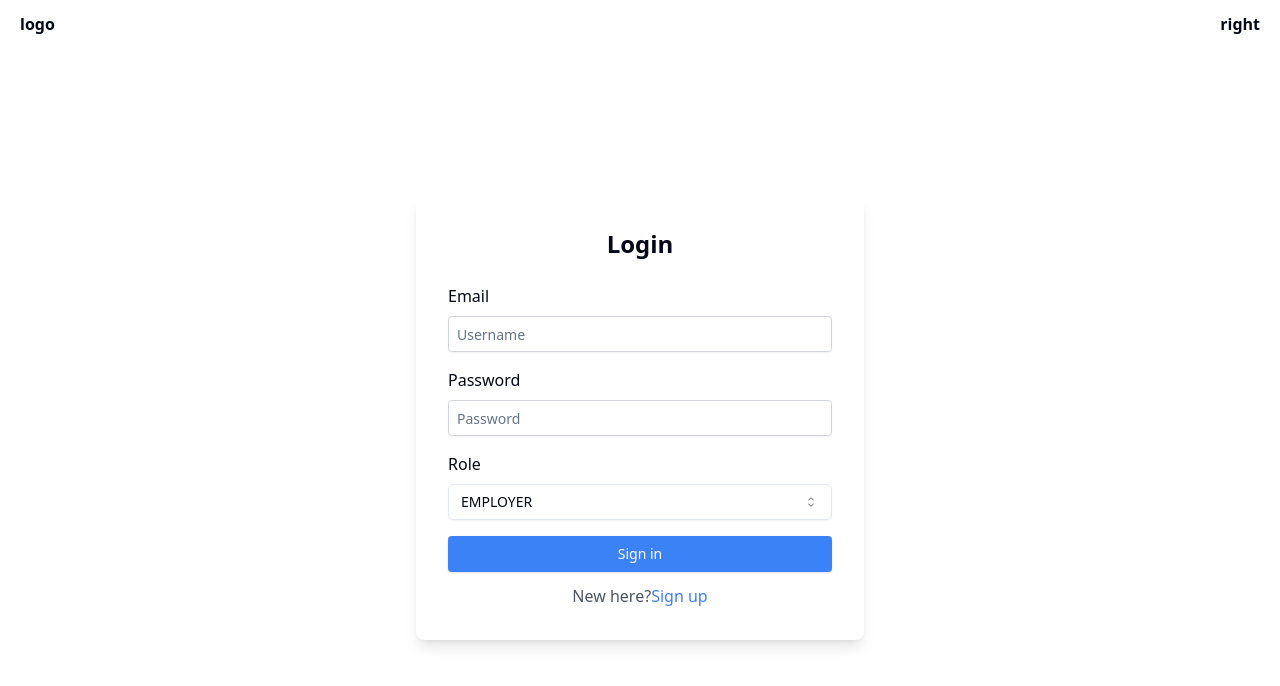
Repository: hisreal123/globalpath_fe
Page: /auth/signin
These files come from the project's save history. The page is drawn as it stood at one moment and after the next save; the edit follows.
The browser window is 1280 px wide. The pictures show the whole page.
The project was rebuilt for these pictures with package versions that can differ from the ones it lists, and the page was loaded fresh each time. Also part of the build but not shown: vite.config.ts, src/components/pages/HomeComponent.tsx, src/pages/Home.tsx, src/pages/Error.tsx, src/pages/About.tsx, src/pages/Blog.tsx, src/pages/Find_jobs.tsx, src/components/Header.tsx and 3 more.

Above is the page before, as saved 2024-10-12 15:57:06.

After the next save:
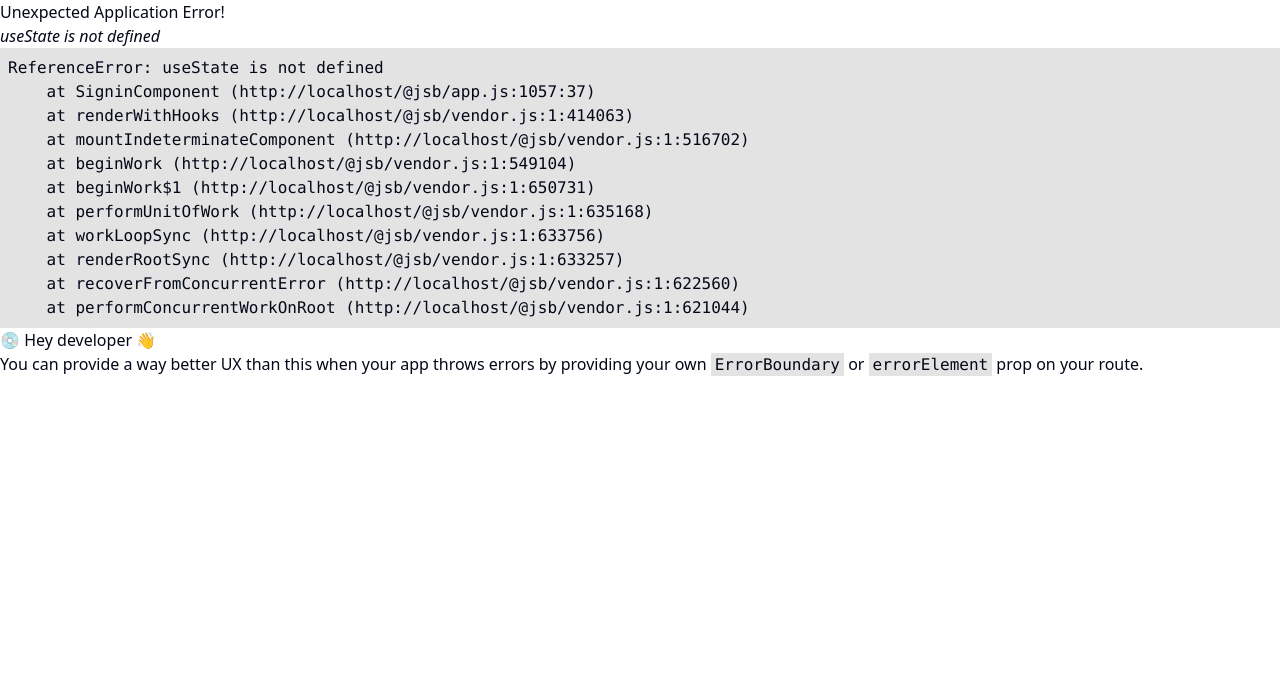
Console error: ReferenceError: useState is not defined
Saved 5 s later.
--- a/src/components/pages/auth/SigninComponent.tsx
+++ b/src/components/pages/auth/SigninComponent.tsx
@@ -25,6 +25,9 @@ import {
 type FormValues = z.infer<typeof LoginSchema>
 
 const SigninComponent = () => {
+   const [isLoading, setIsLoading] = useState<boolean>(false);
+    const [isEmployer, setIsEmployer] = useState<boolean>(true);
+
   const form = useForm<FormValues>({
     resolver: zodResolver(LoginSchema),
     defaultValues: {
